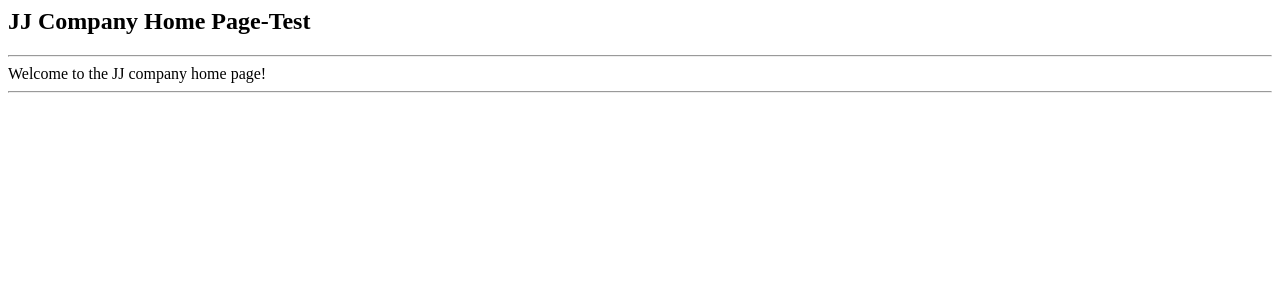
Repository: jibujacob/JavaFrameworks
Page: http://localhost/spring-security-demo-04-bootstrap-login-form/
An editor plug-in stored every save of this project. The page is shown before and after the next save, followed by the edit.
The browser window is 1280 px wide. The pictures show the whole page.
The page is served by Tomcat 9.

Above is the page before, as saved 2021-08-30 12:44:44.

After the next save:
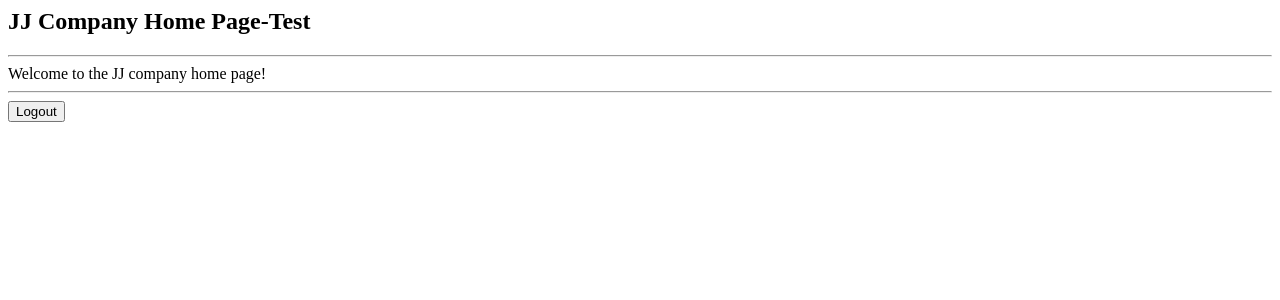
Saved 22 s later.
--- a/spring-security-demo-04-bootstrap-login-form/src/main/webapp/WEB-INF/view/home.jsp
+++ b/spring-security-demo-04-bootstrap-login-form/src/main/webapp/WEB-INF/view/home.jsp
@@ -14,6 +14,7 @@
 	<hr>
 
 	<form:form action="${pageContext.request.contextPath}/logout" method="POST">
+		<input type="submit" value="Logout">
 	</form:form>
 
 </body>
